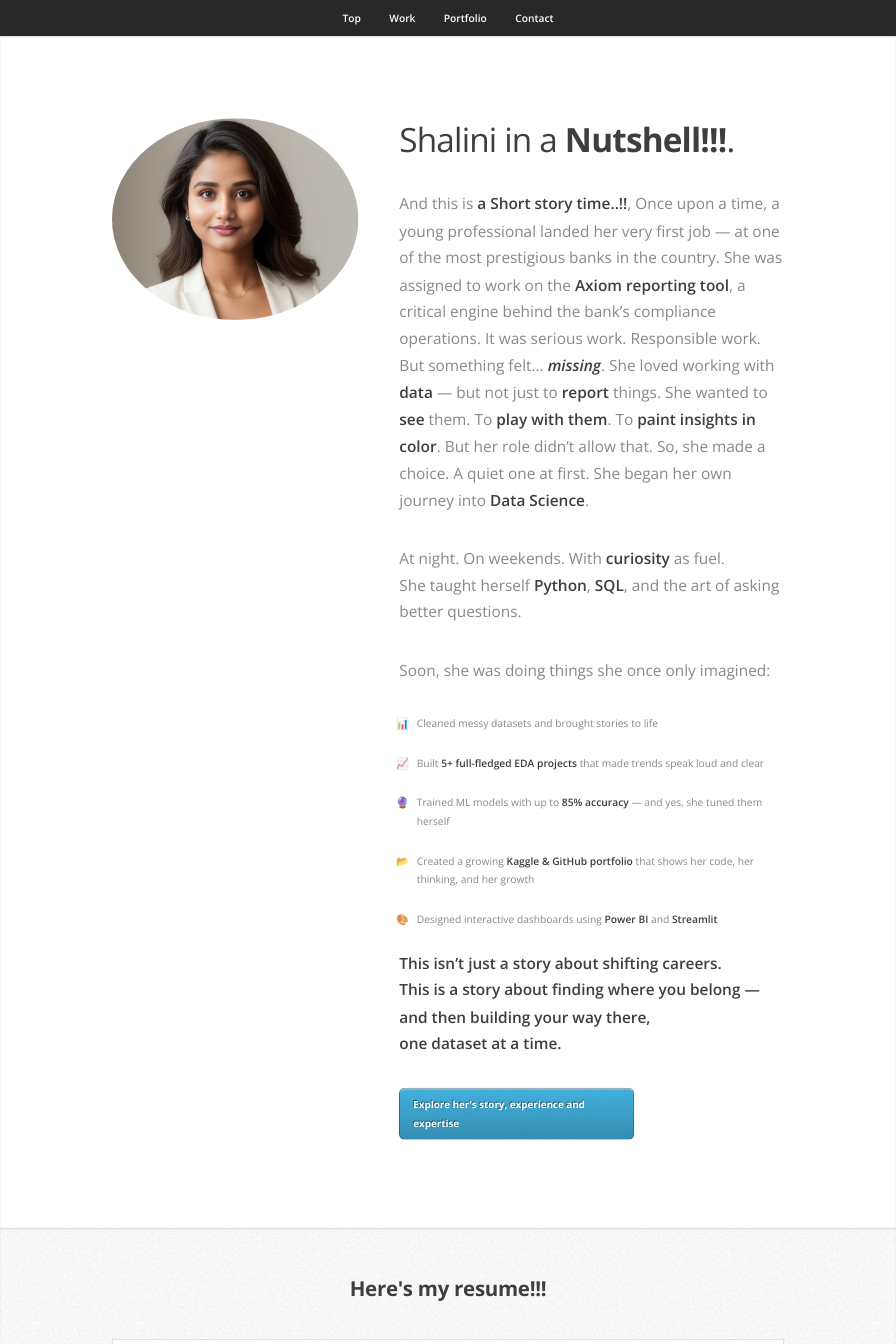
Repository: Shalini-Nanda-ds/Shalini-s-portfolio
Page: index.html
These files come from the project's save history. The page is drawn as it stood at one moment and after the next save; the edit follows.
The browser window is 1280 px wide. The pictures show the part of the page from y = 0 to 1920 px (the page is 4839 px tall), at 70% of full size.

Above is the page before, as saved 2025-05-04 21:06:37.

After the next save:
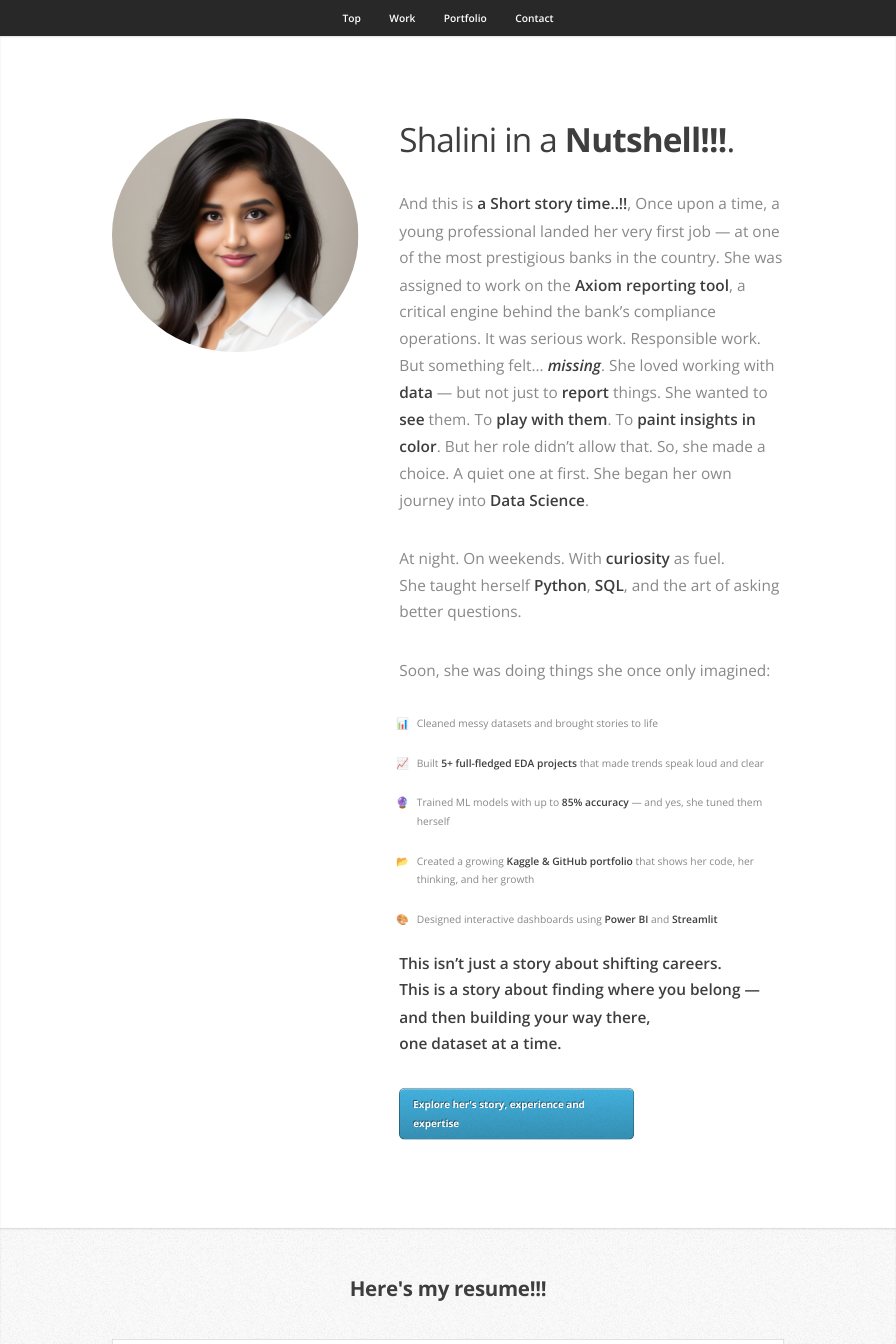
Saved 83 min 41 s later.
--- a/index.html
+++ b/index.html
@@ -28,7 +28,7 @@
 				<div class="container">
 					<div class="row">
 						<div class="col-4 col-5-large col-12-medium">
-							<span class="image fit"><img src="images\smart_girl.png" alt="" /></span>
+							<span class="image fit"><img src="images\beautiful.png" alt="" /></span>
 						</div>
 						<div class="col-8 col-7-large col-12-medium">
 							<header>
